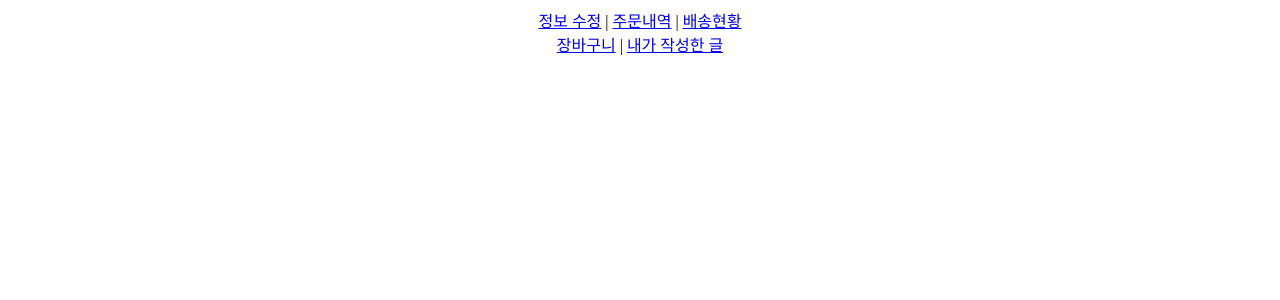
Repository: sjeong12/Photos
Page: http://localhost/LSJ_PHOTO/myPage.jsp
An editor plug-in stored every save of this project. The page is shown before and after the next save, followed by the edit.
The browser window is 1280 px wide. The pictures show the whole page.
The page is served by Tomcat 9.

Above is the page before, as saved 2016-12-06 03:53:07.

After the next save:
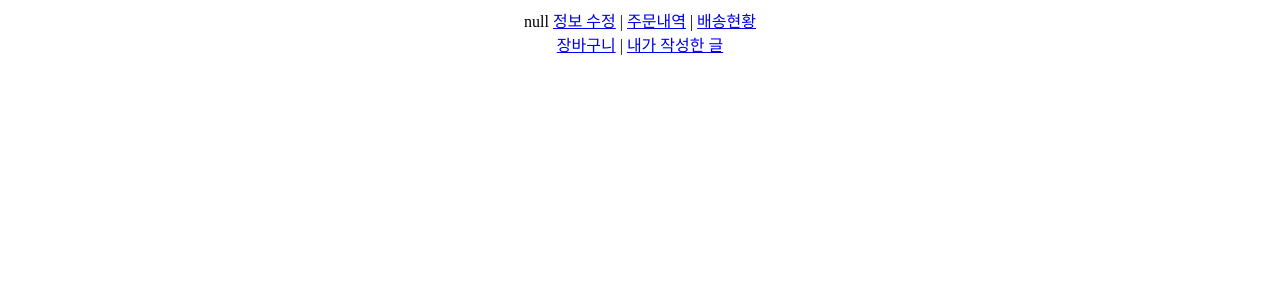
Saved 6 min 21 s later.
--- a/LSJ_PHOTO/WebContent/myPage.jsp
+++ b/LSJ_PHOTO/WebContent/myPage.jsp
@@ -4,6 +4,7 @@
 
 <div id="bottom" style="text-align:center;">
 		<%String userid = (String)session.getAttribute("G_MEMID");%>
+		<%= userid %>
 		<a href="/LSJ_PHOTO/home.jsp?page=/ch09/member_update.jsp?puserid=<%= userid %>">정보 수정</a> |
 		<a href="board.jsp">주문내역</a> |
 		<a href="board.jsp">배송현황</a>

After the save that followed:
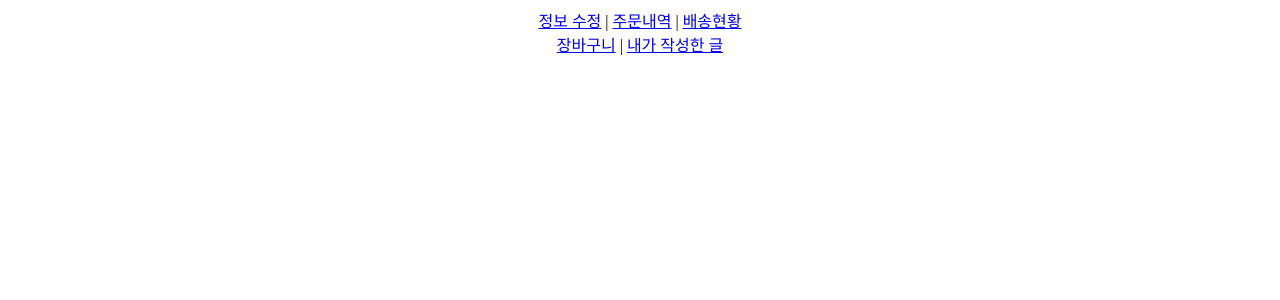
Saved 38 s later.
--- a/LSJ_PHOTO/WebContent/myPage.jsp
+++ b/LSJ_PHOTO/WebContent/myPage.jsp
@@ -4,8 +4,7 @@
 
 <div id="bottom" style="text-align:center;">
 		<%String userid = (String)session.getAttribute("G_MEMID");%>
-		<%= userid %>
-		<a href="/LSJ_PHOTO/home.jsp?page=/ch09/member_update.jsp?puserid=<%= userid %>">정보 수정</a> |
+		<a href="/LSJ_PHOTO/home.jsp?page=/ch09/member_update,puserid=<%= userid %>">정보 수정</a> |
 		<a href="board.jsp">주문내역</a> |
 		<a href="board.jsp">배송현황</a>
 		<br/>
